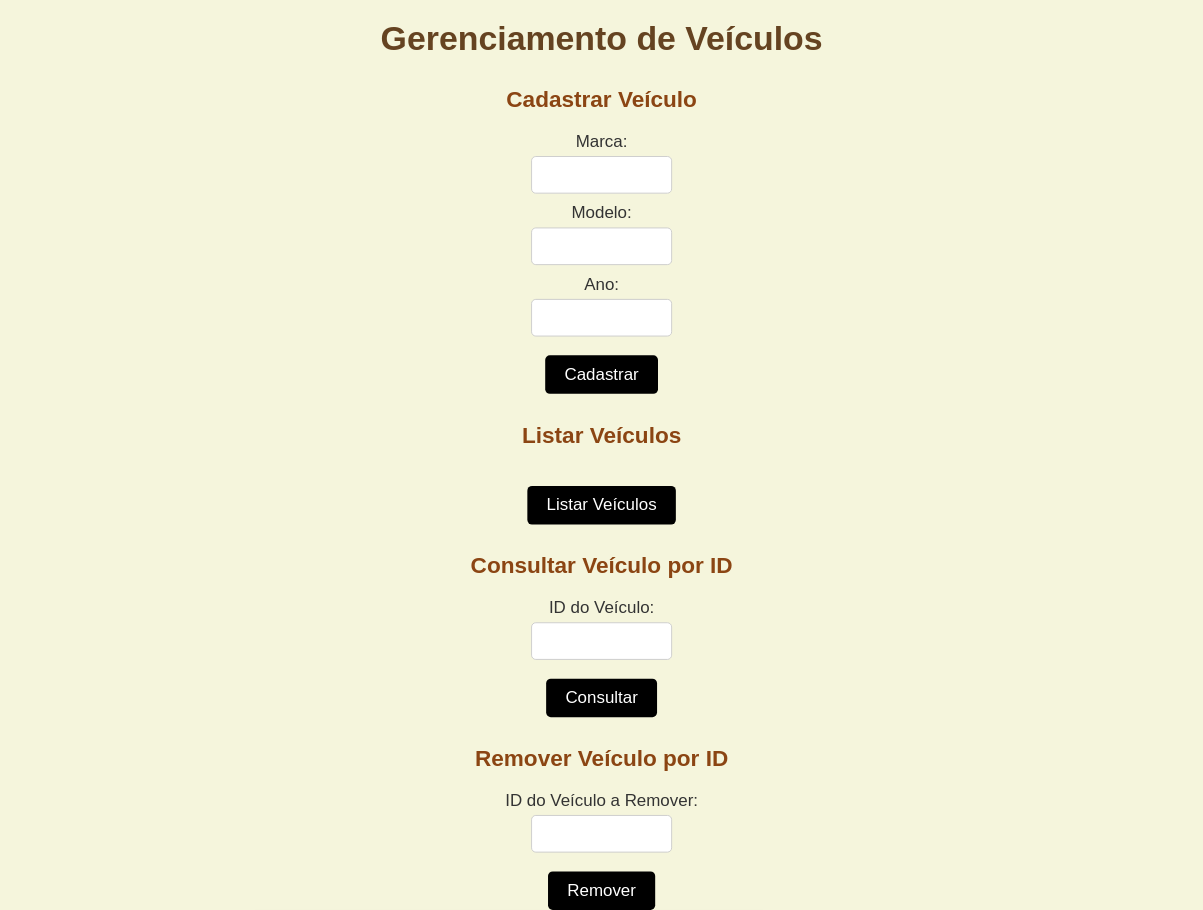
Repository: joaomadeira1208/Exercicio3
Page: veiculos/src/main/resources/index.html
These files come from the project's save history. The page is drawn as it stood at one moment and after the next save; the edit follows.
The browser window is 1280 px wide. The pictures show the whole page, at 94% of full size.

Above is the page before, as saved 2023-09-14 23:20:03.

After the next save:
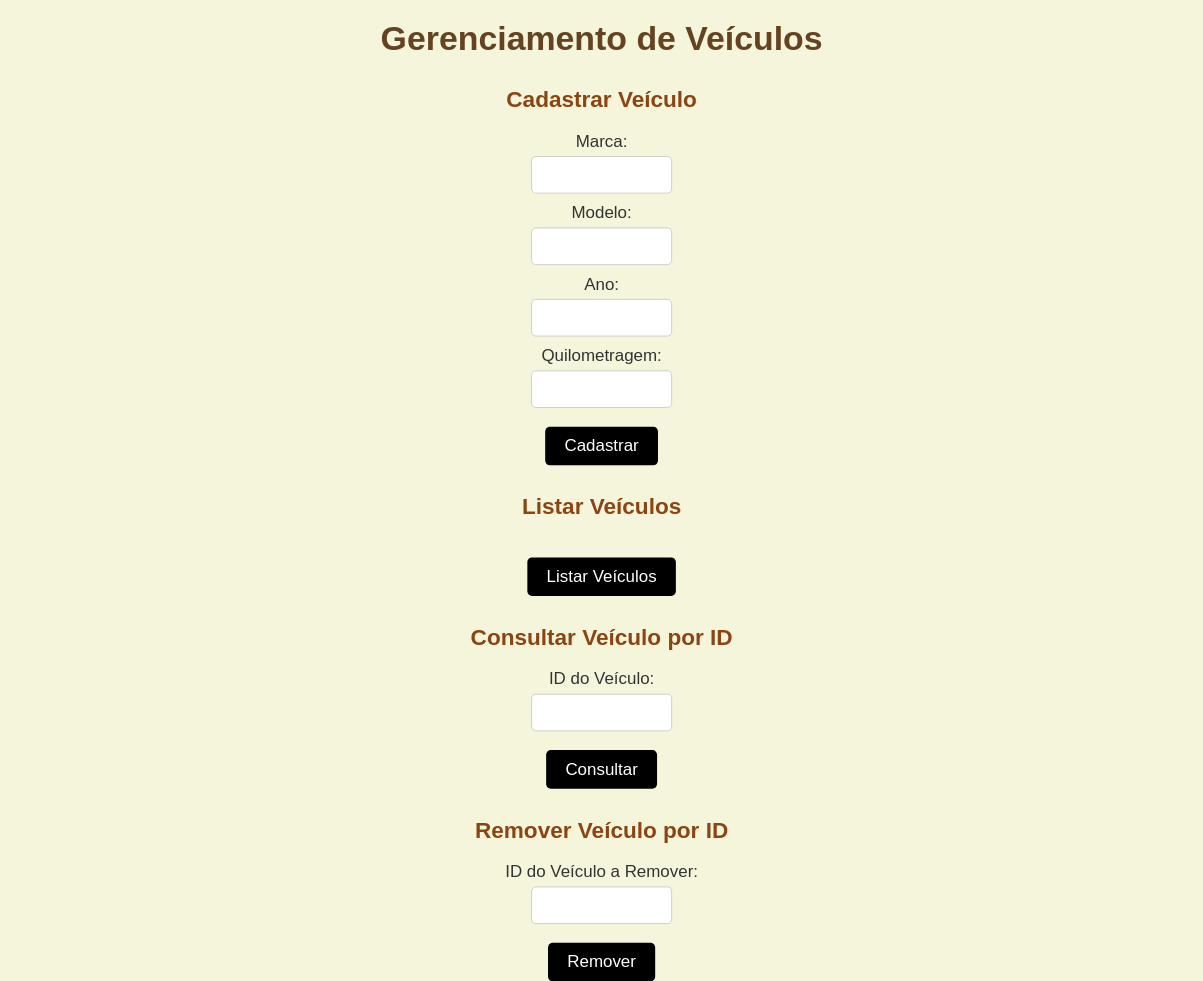
Saved 2 min 10 s later.
--- a/veiculos/src/main/resources/index.html
+++ b/veiculos/src/main/resources/index.html
@@ -82,6 +82,9 @@ button:hover {
         <label for="ano">Ano:</label>
         <input type="number" id="ano" name="ano" required><br>
 
+        <label for="quilometragem">Quilometragem:</label>
+    	<input type="number" id="quilometragem" name="quilometragem" required><br>
+
         <input type="submit" value="Cadastrar">
     </form>
 
